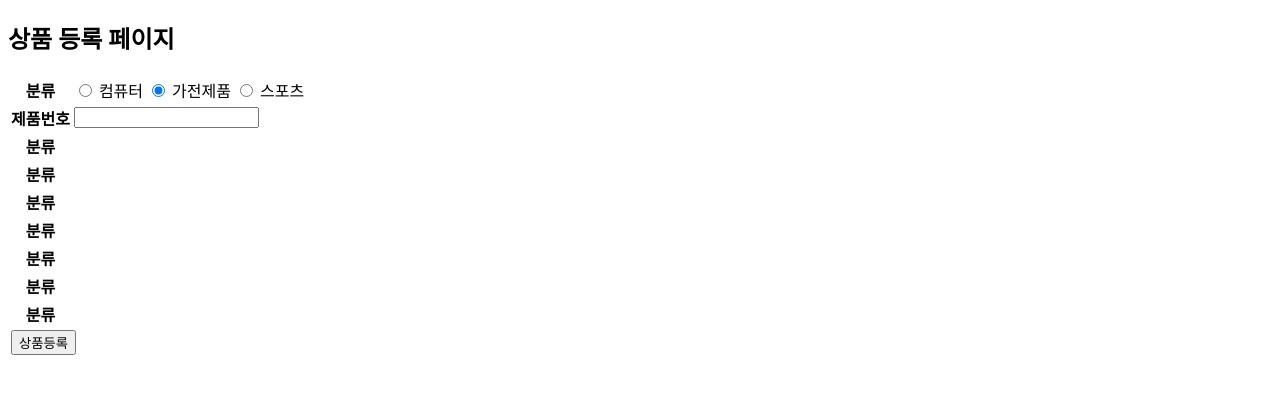
Repository: xlz5000/ICT
Page: http://localhost/spring_mvc02/WEB-INF/views/day08/product_add.jsp
These files come from the project's save history. The page is drawn as it stood at one moment and after the next save; the edit follows.
The browser window is 1280 px wide. The pictures show the whole page.
The page is served by Tomcat 9. Nobody is signed in. The template is opened directly, without the code that normally fills it, so the values that code supplies are empty.

Above is the page before, as saved 2025-04-18 02:13:56.

After the next save:
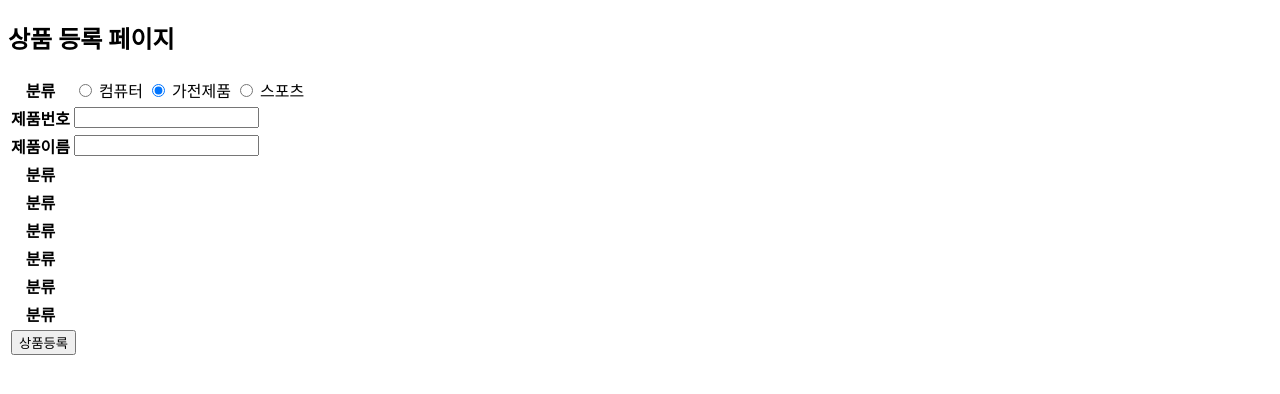
Saved 24 s later.
--- a/spring_mvc02/src/main/webapp/WEB-INF/views/day08/product_add.jsp
+++ b/spring_mvc02/src/main/webapp/WEB-INF/views/day08/product_add.jsp
@@ -26,8 +26,8 @@
 						<td><input type="text" name="p_num" required></td>
 					</tr>
 					<tr>
-						<th>분류</th>
-						<td></td>
+						<th>제품이름</th>
+						<td><input type="text" name="p_name" required></td>
 					</tr>
 					<tr>
 						<th>분류</th>
